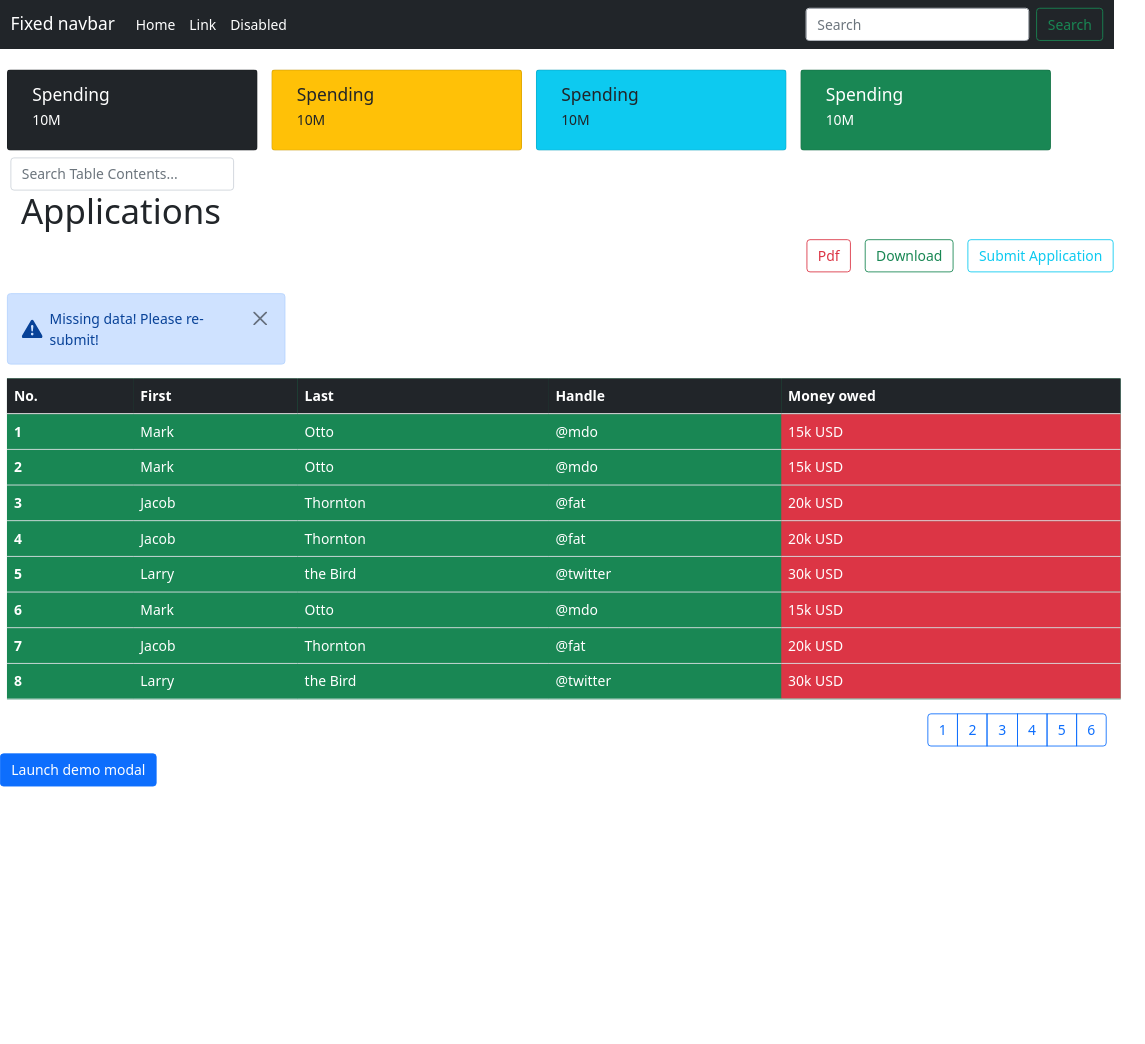
Repository: Dayvid0/BOOTSTRAP-TUTORIALS
Page: BOOTSTRAP-GRID-LAYOUTS/zylo.html
These files come from the project's save history. The page is drawn as it stood at one moment and after the next save; the edit follows.
The browser window is 1280 px wide. The page is 1316 px wide, so the pictures cover 1316 px, including what lies to the right of the window. The pictures show the whole page, at 87% of full size.

Above is the page before, as saved 2025-02-01 09:42:39.

After the next save:
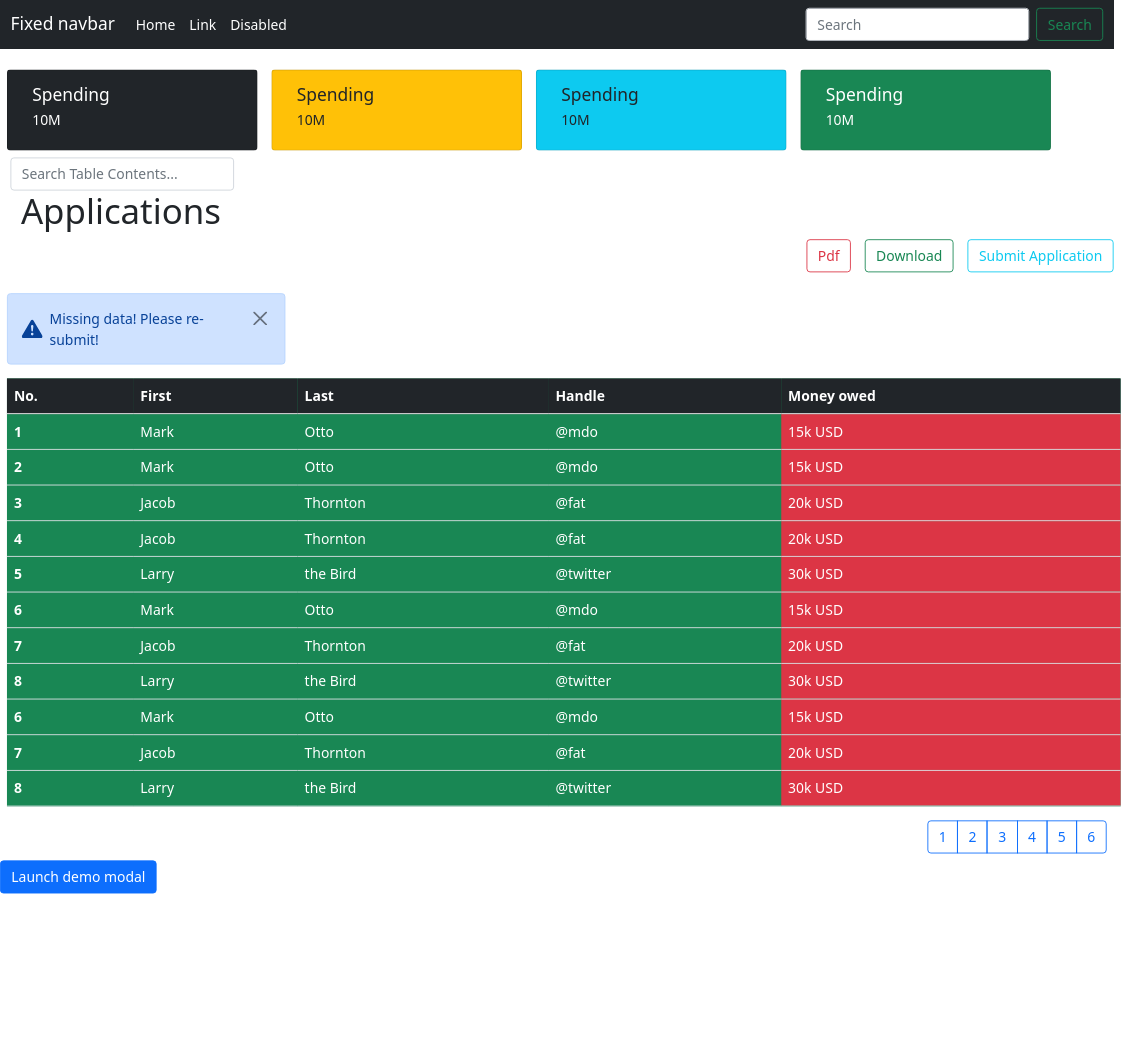
Saved 16 s later.
--- a/BOOTSTRAP-GRID-LAYOUTS/zylo.html
+++ b/BOOTSTRAP-GRID-LAYOUTS/zylo.html
@@ -159,6 +159,27 @@
           <td>@twitter</td>
           <td class="bg-danger">30k USD</td>
         </tr>
+        <tr>
+          <th scope="row">6</th>
+          <td>Mark</td>
+          <td>Otto</td>
+          <td>@mdo</td>
+          <td class="bg-danger">15k USD</td>
+        </tr>
+        <tr>
+          <th scope="row">7</th>
+          <td>Jacob</td>
+          <td>Thornton</td>
+          <td>@fat</td>
+          <td class="bg-danger">20k USD</td>
+        </tr>
+        <tr>
+          <th scope="row">8</th>
+          <td>Larry </td>
+          <td>the Bird</td>
+          <td>@twitter</td>
+          <td class="bg-danger">30k USD</td>
+        </tr>
       </tbody>
     </table>
     <div class="d-flex justify-content-end m-2">
